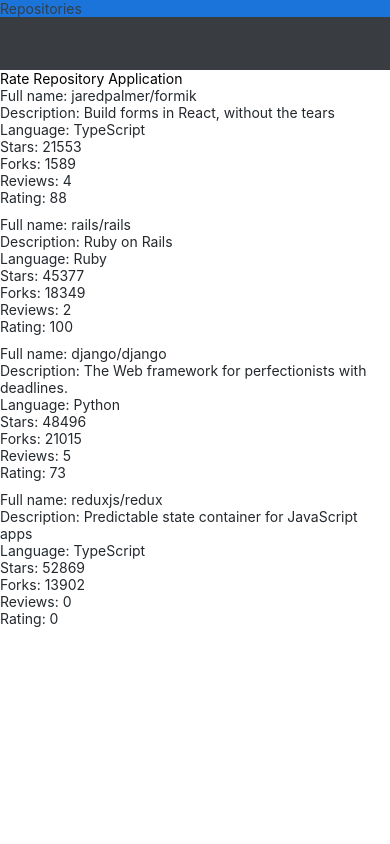
Repository: OrmeSile/react-native-FSO
Screen: / (app in rate-repository-app/)
These files come from the project's save history. The screen is drawn as it stood at one moment and after the next save; the edit follows.
The app was drawn by React Native's web renderer in a window 390 px wide. The project was rebuilt for these pictures with package versions that can differ from the ones it lists, and the page was loaded fresh each time. Some packages were replaced by stand-ins written for this rebuild.

Above is the screen before, as saved 2022-05-15 16:37:30.

After the next save:
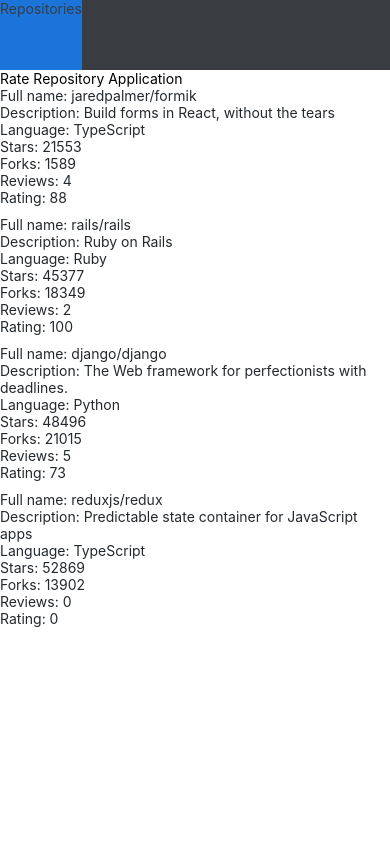
Saved 5 s later.
--- a/rate-repository-app/src/components/AppBar.jsx
+++ b/rate-repository-app/src/components/AppBar.jsx
@@ -10,6 +10,7 @@
     backgroundColor: theme.colors.appBarBackgroundColor,
     opacity: 0.9,
     display: 'flex',
+    flexDirection: 'row'
   },
   pressableTab: {
     backgroundColor: theme.colors.primary
